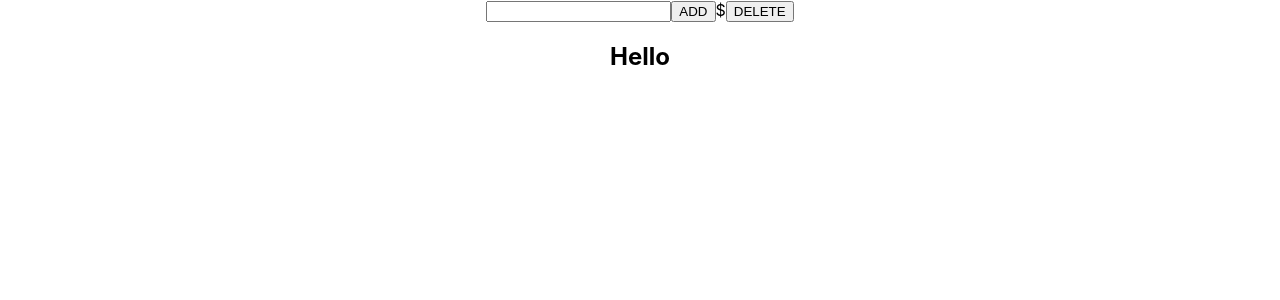
Repository: swayahskandar/State_ws
Page: / (app in corrections/WS-State-F3-Mars-master/)
The author's editor kept a copy of each file at every save. The page is drawn from the files as they stood at one save, then again after the next save.
The browser window is 1280 px wide. The pictures show the whole page.
The project was rebuilt for these pictures with package versions that can differ from the ones it lists, and the page was loaded fresh each time.

Above is the page before, as saved 2021-05-26 11:28:59.

### corrections/WS-State-F3-Mars-master/src/App.js
import React, { Component } from "react";
import "./App.css";
import Counter from "./components/Counter";

export default class App extends Component {

   state = {
    myInput: "",
     arr: ["Hello"],

   };

  add = (y) => {
    this.setState({ arr: [...this.state.arr, y] });
  };

  deletes = () => {
    this.setState({ arr: [""] });
  };

  handelChange = (x) => {
    this.setState({ myInput: x });
  };

  render() {
    return (
      <div className="App">

        <Counter add={this.add} />
        {this.state.arr.map((el) => (
          <h2>{el}</h2>
        ))}
      </div>
    );
  }

  render1() {
    return (
      <div className="App">
        <Counter deletes={this.deletes} />
        ))}
      </div>
    );
  }

}

### corrections/WS-State-F3-Mars-master/src/components/Counter.js
import React, { Component } from "react";

export default class Counter extends Component {
  state = {
    text: "",
  };

  render() {
    return (
      <div>
        <input
          type="text"
          onChange={(e) => this.setState({ text: e.target.value })}
        />
        <button className="add" onClick={() => this.props.add(this.state.text)}>ADD</button>$
        <button className="delete" onClick={() => this.props.deletes(this.state.text)}>DELETE</button>
      </div>
    );
  }

}

Loaded but not shown: corrections/WS-State-F3-Mars-master/public/index.html (common file); corrections/WS-State-F3-Mars-master/src/index.js (common file); corrections/WS-State-F3-Mars-master/src/index.css (common file); corrections/WS-State-F3-Mars-master/src/reportWebVitals.js (common file); corrections/WS-State-F3-Mars-master/src/App.css (common file)

After the next save:
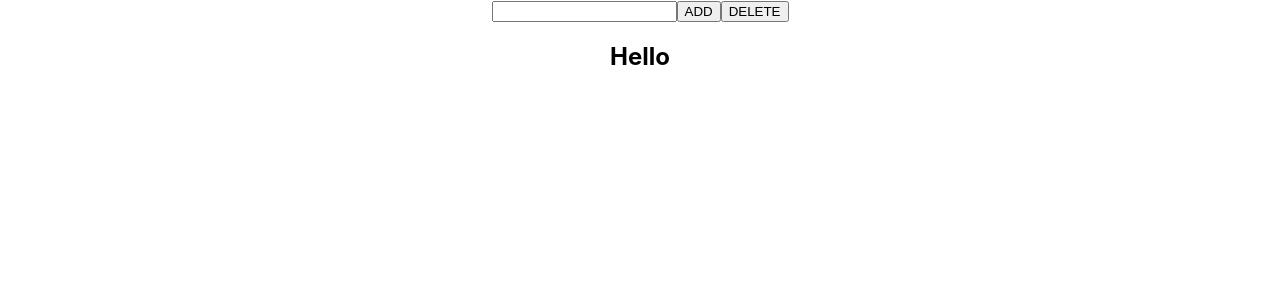
Saved 4 s later.
--- a/corrections/WS-State-F3-Mars-master/src/components/Counter.js
+++ b/corrections/WS-State-F3-Mars-master/src/components/Counter.js
@@ -12,7 +12,7 @@ export default class Counter extends Component {
           type="text"
           onChange={(e) => this.setState({ text: e.target.value })}
         />
-        <button className="add" onClick={() => this.props.add(this.state.text)}>ADD</button>$
+        <button className="add" onClick={() => this.props.add(this.state.text)}>ADD</button>
         <button className="delete" onClick={() => this.props.deletes(this.state.text)}>DELETE</button>
       </div>
     );
